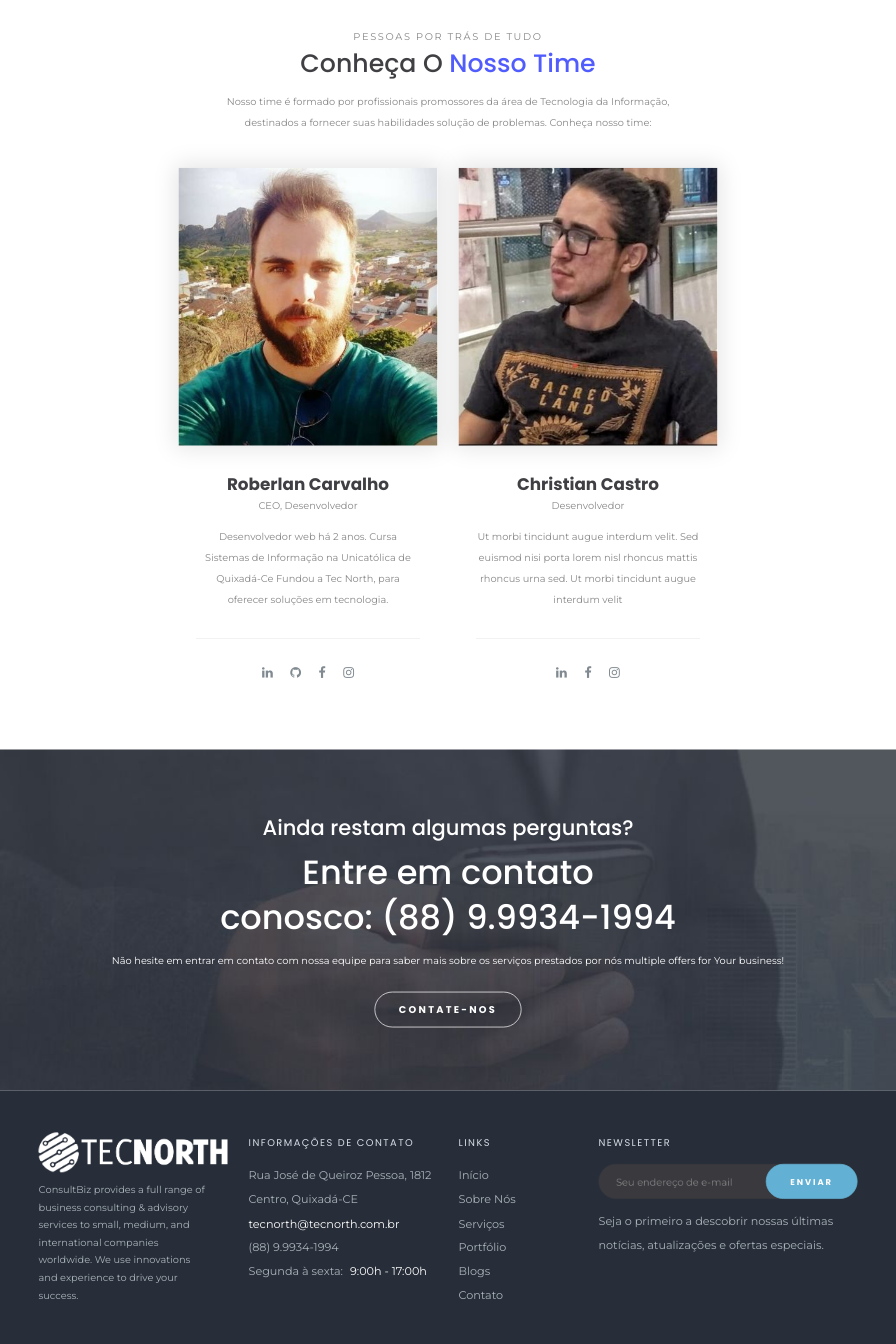
Repository: roberlancarvalho/tecnorth.com.br
Page: sobre.html
The author's editor kept a copy of each file at every save. The page is drawn from the files as they stood at one save, then again after the next save.
The browser window is 1280 px wide. The pictures show the part of the page from y = 1524 to 3444 px (the page is 3572 px tall), at 70% of full size.

Above is the page before, as saved 2020-06-02 00:56:31.

### sobre.html
<!DOCTYPE html>
<html class="wide wow-animation" lang="en">

<head>
  <title>Tec North | Sobre Nós</title>
  <meta charset="utf-8">
  <meta name="viewport" content="width=device-width, height=device-height, initial-scale=1.0">
  <meta http-equiv="X-UA-Compatible" content="IE=edge">
  <link rel="icon" href="images/favicon.ico" type="image/x-icon">
  <link rel="stylesheet" type="text/css"
    href="//fonts.googleapis.com/css?family=Montserrat:300,400,700%7CPoppins:300,400,500,700,900">
  <link rel="stylesheet" href="css/bootstrap.css">
  <link rel="stylesheet" href="css/fonts.css">
  <link rel="stylesheet" href="css/style.css">
  <style>
    .ie-panel {
      display: none;
      background: #212121;
      padding: 10px 0;
      box-shadow: 3px 3px 5px 0 rgba(0, 0, 0, .3);
      clear: both;
      text-align: center;
      position: relative;
      z-index: 1;
    }

    html.ie-10 .ie-panel,
    html.lt-ie-10 .ie-panel {
      display: block;
    }
  </style>
</head>

<body>
  <div class="ie-panel"><a href="http://windows.microsoft.com/en-US/internet-explorer/"><img
        src="images/ie8-panel/warning_bar_0000_us.jpg" height="42" width="820"
        alt="You are using an outdated browser. For a faster, safer browsing experience, upgrade for free today."></a>
  </div>
  <div class="preloader">
    <div class="preloader-body">
      <div class="cssload-container">
        <div class="cssload-speeding-wheel"></div>
      </div>
      <p>Carregando...</p>
    </div>
  </div>
  <div class="page">

    <header class="section page-header">
      <!--RD Navbar-->
      <div class="rd-navbar-wrap">
        <nav class="rd-navbar rd-navbar-classic" data-layout="rd-navbar-fixed" data-sm-layout="rd-navbar-fixed"
          data-md-layout="rd-navbar-fixed" data-md-device-layout="rd-navbar-fixed" data-lg-layout="rd-navbar-static"
          data-lg-device-layout="rd-navbar-static" data-xl-layout="rd-navbar-static"
          data-xl-device-layout="rd-navbar-static" data-lg-stick-up-offset="46px" data-xl-stick-up-offset="46px"
          data-xxl-stick-up-offset="46px" data-lg-stick-up="true" data-xl-stick-up="true" data-xxl-stick-up="true">
          <div class="rd-navbar-collapse-toggle rd-navbar-fixed-element-1" data-rd-navbar-toggle=".rd-navbar-collapse">
            <span></span></div>
          <div class="rd-navbar-aside-outer rd-navbar-collapse bg-gray-dark">
            <div class="rd-navbar-aside">
              <ul class="list-inline navbar-contact-list">
                <li>
                  <div class="unit unit-spacing-xs align-items-center">
                    <div class="unit-left"><span class="icon text-middle fa-phone"></span></div>
                    <div class="unit-body"><a href="tel:#">(88) 99934-1994</a></div>
                  </div>
                </li>
                <li>
                  <div class="unit unit-spacing-xs align-items-center">
                    <div class="unit-left"><span class="icon text-middle fa-envelope"></span></div>
                    <div class="unit-body"><a href="mailto:#">tecnorth@tecnoth.com.br</a></div>
                  </div>
                </li>
                <li>
                  <div class="unit unit-spacing-xs align-items-center">
                    <div class="unit-left"><span class="icon text-middle fa-map-marker"></span></div>
                    <div class="unit-body"><a href="#">Rua José de Queiroz Pessoa, 1812, Quixadá-CE</a></div>
                  </div>
                </li>
              </ul>
              <ul class="social-links">
                <li><a class="icon icon-sm icon-circle icon-circle-md icon-bg-white fa-linkedin"
                    href="https://www.linkedin.com/company/tec-north-desenvolvimento/" target="_blank"></a></li>
                <li><a class="icon icon-sm icon-circle icon-circle-md icon-bg-white fa-facebook"
                    href="https://www.facebook.com/TecNorth/" target="_blank"></a></li>
                <li><a class="icon icon-sm icon-circle icon-circle-md icon-bg-white fa-instagram"
                    href="https://www.instagram.com/tecnorth/" target="_blank"></a></li>
                <li><a class="icon icon-sm icon-circle icon-circle-md icon-bg-white fa-twitter" href="#"
                    target="_blank"></a></li>
              </ul>
            </div>
          </div>
          <div class="rd-navbar-main-outer">
            <div class="rd-navbar-main">
              <!--RD Navbar Panel-->
              <div class="rd-navbar-panel">
                <!--RD Navbar Toggle-->
                <button class="rd-navbar-toggle" data-rd-navbar-toggle=".rd-navbar-nav-wrap"><span></span></button>
                <!--RD Navbar Brand-->
                <div class="rd-navbar-brand">
                  <!--Brand--><a class="brand" href="index.html"><img class="brand-logo-dark"
                      src="images/logo-default-200x34.png" alt="" height="17" /><img class="brand-logo-light"
                      src="images/logo-inverse-200x34.png" alt="" width="100" height="17" /></a>
                </div>
              </div>
              <div class="rd-navbar-main-element">
                <div class="rd-navbar-nav-wrap">
                  <ul class="rd-navbar-nav">
                    <li class="rd-nav-item"><a class="rd-nav-link" href="index.html">Início</a>
                    </li>
                    <li class="rd-nav-item active"><a class="rd-nav-link" href="sobre.html">Sobre</a>
                    </li>
                    <!-- <li class="rd-nav-item"><a class="rd-nav-link" href="typography.html">Typography</a>
                    </li> -->
                    <li class="rd-nav-item"><a class="rd-nav-link" href="contato.html">Serviços</a>
                    </li>
                    <li class="rd-nav-item"><a class="rd-nav-link" href="contato.html">Portfólio</a>
                    </li>
                    <li class="rd-nav-item"><a class="rd-nav-link" href="contato.html">Planos</a>
                    </li>
                    <li class="rd-nav-item"><a class="rd-nav-link" href="contato.html">Contato</a>
                    </li>
                  </ul>
                </div>
              </div>
            </div>
          </div>
        </nav>
      </div>
    </header>


    <section class="section section-intro context-dark">
      <div class="intro-bg"
        style="background: url(images/intro-bg-1.jpg) no-repeat;background-size:cover;background-position: top center;">
      </div>
      <div class="container">
        <div class="row justify-content-center">
          <div class="col-xl-8 text-center">
            <h1 class="font-weight-bold wow fadeInLeft">Sobre Nós</h1>
            <p class="intro-description wow fadeInRight">Sinta-se livre para saber mais sobre nossa equipe e empresa
              nesta página. Estamos sempre felizes por ajudar.</p>
          </div>
        </div>
      </div>
    </section>
    <!-- About page about section-->
    <section class="section section-md">
      <div class="container">
        <div class="row row-40 justify-content-center">
          <div class="col-lg-6 col-12">
            <div class="offset-top-45 offset-lg-right-45">
              <div class="section-name wow fadeInRight" data-wow-delay=".2s">Sobre Nós</div>
              <h3 class="wow fadeInLeft text-capitalize" data-wow-delay=".3s">Algumas palavras<span
                  class="text-primary"> sobre nós</span></h3>
              <p class="font-weight-bold text-gray-dark wow fadeInUp" data-wow-delay=".4s">Lorem ipsum dolor sit amet,
                consectetur adipiscing elit. Etiam fermentum nulla ac tincidunt malesuada. Sed volutpat semper elit quis
                pharetra. Etiam sodales a sem vitae fermentum.</p>
              <p class="wow fadeInUp" data-wow-delay=".4s">Sapien eget mi proin sed libero enim sed faucibus turpis.
                Placerat in egestas erat imperdiet sed euismod nisi. Vulputate eu scelerisque felis imperdiet. Lorem
                donec massa sapien faucibus. Volutpat diam.</p>
              <p class="wow fadeInUp" data-wow-delay=".4s">Adipiscing enim eu turpis egestas pretium aenean pharetra
                magna. Nullam non nisi est sit amet facilisis magna etiam. Nec feugiat in fermentum posuere urna nec.
              </p>

              <!-- <div class="offset-top-20">

                <article class="progress-linear">
                  <div class="progress-header progress-header-simple">
                    <p>Management</p><span class="progress-value">85</span>
                  </div>
                  <div class="progress-bar-linear-wrap">
                    <div class="progress-bar-linear"></div>
                  </div>
                </article>

                <article class="progress-linear">
                  <div class="progress-header progress-header-simple">
                    <p>Marketing</p><span class="progress-value">45</span>
                  </div>
                  <div class="progress-bar-linear-wrap">
                    <div class="progress-bar-linear"></div>
                  </div>
                </article>

                <article class="progress-linear">
                  <div class="progress-header progress-header-simple">
                    <p>Analysis</p><span class="progress-value">90</span>
                  </div>
                  <div class="progress-bar-linear-wrap">
                    <div class="progress-bar-linear"></div>
                  </div>
                </article>
              </div> -->

            </div>
          </div>
          <div class="col-lg-6 col-sm-10 col-12">
            <div class="block-decorate-img wow fadeInLeft" data-wow-delay=".2s"><img src="images/about-1-570x703.jpg"
                alt="" width="570" height="351" />
            </div>
          </div>
        </div>
      </div>
    </section>
    <!-- Our team-->
    <section class="section section-md">
      <div class="container">
        <div class="row row-50 justify-content-center">
          <div class="col-md col-12 text-center">
            <div class="section-name wow fadeInRight" data-wow-delay=".2s">PESSOAS POR TRÁS DE TUDO</div>
            <h3 class="wow fadeInLeft text-capitalize" data-wow-delay=".3s">Conheça o<span class="text-primary"> Nosso
                Time</span></h3>
            <p class="block-675">Nosso time é formado por profissionais promossores da área de Tecnologia da Informação,
              destinados a fornecer suas habilidades solução de problemas. Conheça nosso time:</p>
          </div>
        </div>
        <div class="row row-50 justify-content-center">
          <div class="col-xl-4 col-sm-6 col-10 wow fadeInLeft" data-wow-delay=".3s">
            <div class="team-classic-wrap">
              <div class="team-classic-img"><img src="images/team-classic-1-370x397.jpg" alt="" width="370"
                  height="198" />
              </div>
              <div class="block-320 text-center">
                <h4 class="font-weight-bold">Roberlan Carvalho</h4><span class="d-block">CEO, Desenvolvedor</span>
                <p>Desenvolvedor web há 2 anos. Cursa Sistemas de Informação na Unicatólica de Quixadá-Ce Fundou a Tec
                  North, para oferecer soluções em tecnologia.</p>
                <hr class="offset-top-40" />
                <ul class="justify-content-center social-links offset-top-30">
                  <li><a class="fa fa-linkedin" href="https://www.linkedin.com/in/roberlancarvalho/"></a></li>
                  <li><a class="fa fa fa-github" href="#"></a></li>
                  <li><a class="fa fa-facebook" href="#"></a></li>
                  <li><a class="fa fa-instagram" href="#"></a></li>
                </ul>
              </div>
            </div>
          </div>
          <div class="col-xl-4 col-sm-6 col-10 wow fadeInUp" data-wow-delay=".3s">
            <div class="team-classic-wrap">
              <div class="team-classic-img"><img src="images/team-classic-2-370x397.jpg" alt="" width="370"
                  height="198" />
              </div>
              <div class="block-320 text-center">
                <h4 class="font-weight-bold">Christian Castro</h4><span class="d-block">Desenvolvedor</span>
                <p>Ut morbi tincidunt augue interdum velit. Sed euismod nisi porta lorem nisl rhoncus mattis rhoncus
                  urna sed. Ut morbi tincidunt augue interdum velit</p>
                <hr class="offset-top-40" />
                <ul class="justify-content-center social-links offset-top-30">
                  <li><a class="fa fa-linkedin" href="https://www.linkedin.com/in/christian-castro-664b03189/"></a></li>
                  <li><a class="fa fa-facebook" href="#"></a></li>
                  <li><a class="fa fa-instagram" href="#"></a></li>
                </ul>
              </div>
            </div>
          </div>
          <!-- <div class="col-xl-4 col-sm-6 col-10 wow fadeInRight" data-wow-delay=".3s">
              <div class="team-classic-wrap">
                <div class="team-classic-img"><img src="images/team-classic-3-370x397.jpg" alt="" width="370" height="198"/>
                </div>
                <div class="block-320 text-center">
                  <h4 class="font-weight-bold">Robert Smith</h4><span class="d-block">Marketing Manager</span>
                  <p>Vitae aliquet nec ullamcorper sit amet risus nullam eget felis. Euismod lacinia at quis risus sed vulputate.</p>
                  <hr class="offset-top-40"/>
                  <ul class="justify-content-center social-links offset-top-30">
                    <li><a class="fa fa-linkedin" href="#"></a></li>
                    <li><a class="fa fa fa-twitter" href="#"></a></li>
                    <li><a class="fa fa-facebook" href="#"></a></li>
                    <li><a class="fa fa-instagram" href="#"></a></li>
                  </ul>
                </div>
              </div>
            </div> -->
        </div>
      </div>
    </section>
    <!--Brands-->

    <!-- <section class="section section-md bg-gray-lighten">
      <div class="container">
        <div class="row">

          <div class="owl-carousel text-center owl-brand" data-items="1" data-sm-items="2" data-md-items="3"
            data-lg-items="3" data-xl-items="5" data-xxl-items="5" data-dots="true" data-nav="false"
            data-stage-padding="15" data-loop="false" data-margin="30" data-mouse-drag="false" data-autoplay="true">
            <div class="item"><img src="images/brand-1-200x48.png" alt="" width="200" height="24" />
            </div>
            <div class="item"><img src="images/brand-2-200x48.png" alt="" width="200" height="24" />
            </div>
            <div class="item"><img src="images/brand-3-200x48.png" alt="" width="200" height="24" />
            </div>
            <div class="item"><img src="images/brand-4-200x48.png" alt="" width="200" height="24" />
            </div>
            <div class="item"><img src="images/brand-5-200x48.png" alt="" width="200" height="24" />
            </div>
          </div>
        </div>
        </div>
    </section> -->

    <!--Cta section-->
    <section class="section section-md"
      style="background:url(images/bg-image-4-1700x394.jpg) no-repeat; background-size: cover;">
      <div class="container">
        <div class="row justify-content-center">
          <div class="col-md-10 col-12 text-center"><span
              class="text-white d-block cta-big-text font-weight-medium">Ainda restam algumas perguntas?</span>
            <h2 class="text-white"><span class="d-block">Entre em contato conosco:<a class="underline-link"
                  href="tel:#">
                  (88) 9.9934-1994</a></span></h2>
            <p class="text-white">Não hesite em entrar em contato com nossa equipe para saber mais sobre os serviços
              prestados por nós
              multiple offers for Your business!</p><a
              class="button-circle button-default-outline button button-lg button-width-210"
              href="contacts.html">Contate-nos</a>
          </div>
        </div>
      </div>
    </section>


    <!--Footer-->
    <!-- <a class="section section-banner" href="https://www.tecnorth.com.br" target="_blank"
      style="background-image: url(images/background-01-1920x310.jpg); background-image: -webkit-image-set( url(images/background-01-1920x310.jpg) 1x, url(images/background-01-3840x620.jpg) 2x )"><img
        src="images/foreground-01-1600x310.png"
        srcset="images/foreground-01-1600x310.png 1x, images/foreground-01-3200x620.png 2x" alt="" width="1600"
        height="310"></a> -->
    <footer class="section footer-classic section-sm">
      <div class="container">
        <div class="row row-30">
          <div class="col-lg-3 wow fadeInLeft">
            <!--Brand--><a class="brand" href="index.html"><img class="brand-logo-dark"
                src="images/logo-default-200x34.png" alt="" width="100" height="17" /><img class="brand-logo-light"
                src="images/logo-default-200x34.png" alt="" width="100" height="17" /></a>
            <p class="footer-classic-description offset-top-0 offset-right-25">СonsultBiz provides a full range of
              business consulting & advisory services to small, medium, and international companies worldwide. We use
              innovations and experience to drive your success.</p>
          </div>
          <div class="col-lg-3 col-sm-8 wow fadeInUp">
            <P class="footer-classic-title">Informações de contato</P>
            <div class="d-block offset-top-0">Rua José de Queiroz Pessoa, 1812<span class="d-lg-block">Centro,
                Quixadá-CE</span></div>
            <a class="d-inline-block accent-link" href="mailto:#">tecnorth@tecnorth.com.br</a><a class="d-inline-block"
              href="tel:#">(88) 9.9934-1994</a>
            <ul>
              <li>Segunda à sexta:<span class="d-inline-block offset-left-10 text-white">9:00h - 17:00h</span></li>
            </ul>
          </div>
          <div class="col-lg-2 col-sm-4 wow fadeInUp" data-wow-delay=".3s">
            <P class="footer-classic-title">Links</P>
            <ul class="footer-classic-nav-list">
              <li><a href="index.html">Início</a></li>
              <li><a href="sobre.html">Sobre Nós</a></li>
              <li><a href="#">Serviços</a></li>
              <li><a href="#">Portfólio</a></li>
              <li><a href="#">Blogs</a></li>
              <li><a href="contato.html">Contato</a></li>
            </ul>
          </div>
          <div class="col-lg-4 wow fadeInLeft" data-wow-delay=".2s">
            <P class="footer-classic-title">newsletter</P>
            <form class="rd-mailform text-left footer-classic-subscribe-form" data-form-output="form-output-global"
              data-form-type="contact" method="post" action="bat/rd-mailform.php">
              <div class="form-wrap">
                <label class="form-label" for="subscribe-email">Seu endereço de e-mail</label>
                <input class="form-input" id="subscribe-email" type="email" name="email"
                  data-constraints="@Email @Required">
              </div>
              <div class="form-button group-sm text-center text-lg-left">
                <button class="button button-primary button-circle" type="submit">enviar</button>
              </div>
            </form>
            <p>Seja o primeiro a descobrir nossas últimas notícias, atualizações e ofertas especiais.</p>
          </div>
        </div>
      </div>
      <div class="container wow fadeInUp" data-wow-delay=".4s">
        <div class="footer-classic-aside">
          <p class="rights"><span>&copy;&nbsp;</span><span class="copyright-year"></span>. Todos os direitos reservados.
            Desenvolvido por <a href="https://www.tecnorth.com.br">Tec North</a></p>
          <ul class="social-links">
            <li><a class="fa fa-linkedin" href="https://www.linkedin.com/company/tec-north-desenvolvimento/"></a></li>
            <li><a class="fa fa-facebook" href="https://www.facebook.com/tecnorth/"></a></li>
            <li><a class="fa fa-instagram" href="https://www.instagram.com/tecnorth/"></a></li>
            <li><a class="fa fa fa-twitter" href="#"></a></li>
          </ul>
        </div>
      </div>
    </footer>
  </div>
  <div class="snackbars" id="form-output-global"></div>
  <script src="js/core.min.js"></script>
  <script src="js/script.js"></script>
  <!--coded by Drel-->
</body>

</html>

Loaded but not shown: css/bootstrap.css (library); css/fonts.css (library); js/core.min.js (library); js/script.js (1097 lines, source omitted); css/style.css (8788 lines, source omitted)

After the next save:
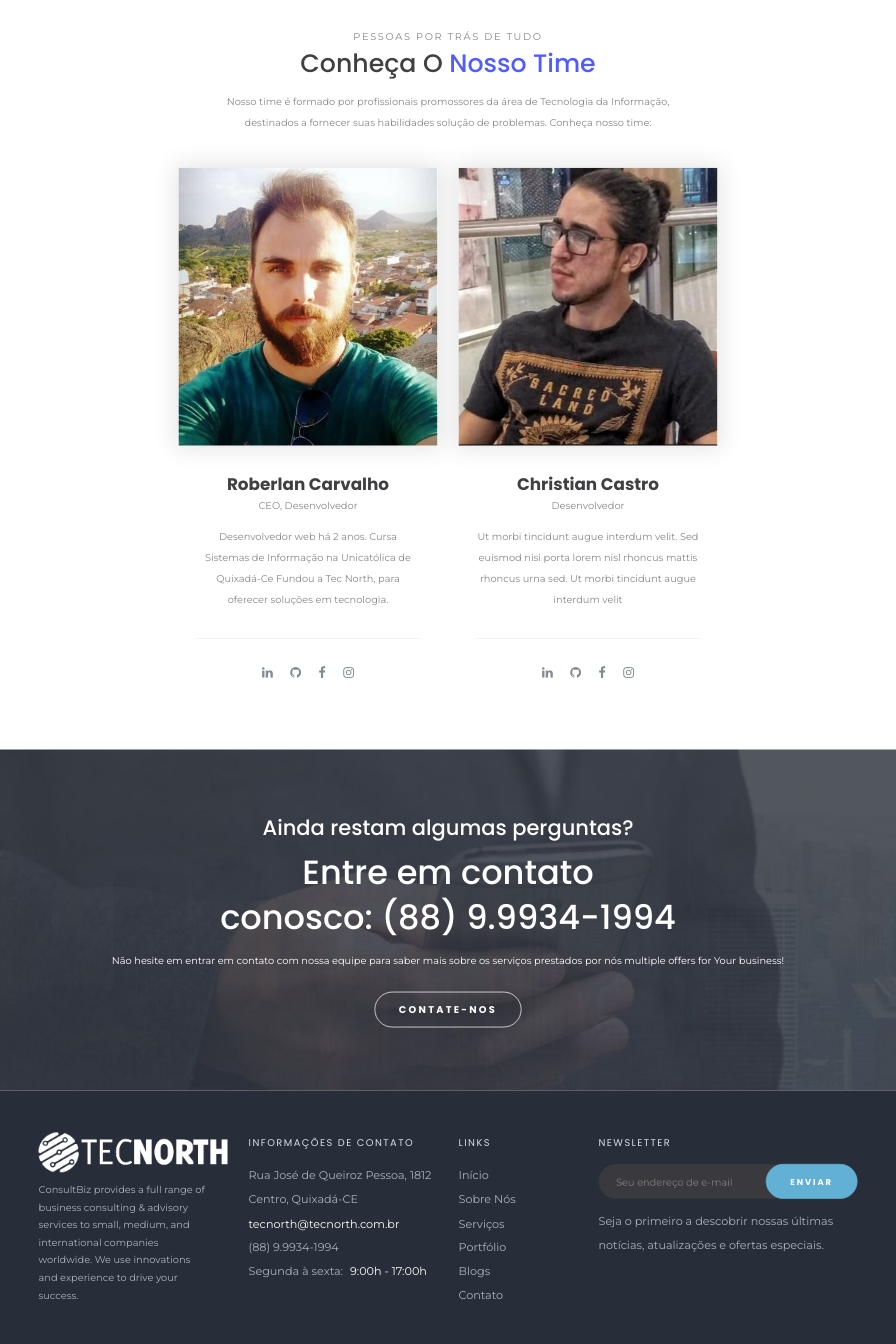
Saved 5 min 17 s later.
--- a/sobre.html
+++ b/sobre.html
@@ -228,9 +228,9 @@
                 <hr class="offset-top-40" />
                 <ul class="justify-content-center social-links offset-top-30">
                   <li><a class="fa fa-linkedin" href="https://www.linkedin.com/in/roberlancarvalho/"></a></li>
-                  <li><a class="fa fa fa-github" href="#"></a></li>
-                  <li><a class="fa fa-facebook" href="#"></a></li>
-                  <li><a class="fa fa-instagram" href="#"></a></li>
+                  <li><a class="fa fa fa-github" href="https://github.com/roberlancarvalho"></a></li>
+                  <li><a class="fa fa-facebook" href="https://www.facebook.com/RoberlanCarvalho/"></a></li>
+                  <li><a class="fa fa-instagram" href="https://www.instagram.com/roberlancarvalho/"></a></li>
                 </ul>
               </div>
             </div>
@@ -247,8 +247,9 @@
                 <hr class="offset-top-40" />
                 <ul class="justify-content-center social-links offset-top-30">
                   <li><a class="fa fa-linkedin" href="https://www.linkedin.com/in/christian-castro-664b03189/"></a></li>
-                  <li><a class="fa fa-facebook" href="#"></a></li>
-                  <li><a class="fa fa-instagram" href="#"></a></li>
+                  <li><a class="fa fa fa-github" href="https://github.com/CCastro01"></a></li>
+                  <li><a class="fa fa-facebook" href="https://www.facebook.com/profile.php?id=100036204404904"></a></li>
+                  <li><a class="fa fa-instagram" href="https://www.instagram.com/christian_castro_0/"></a></li>
                 </ul>
               </div>
             </div>
